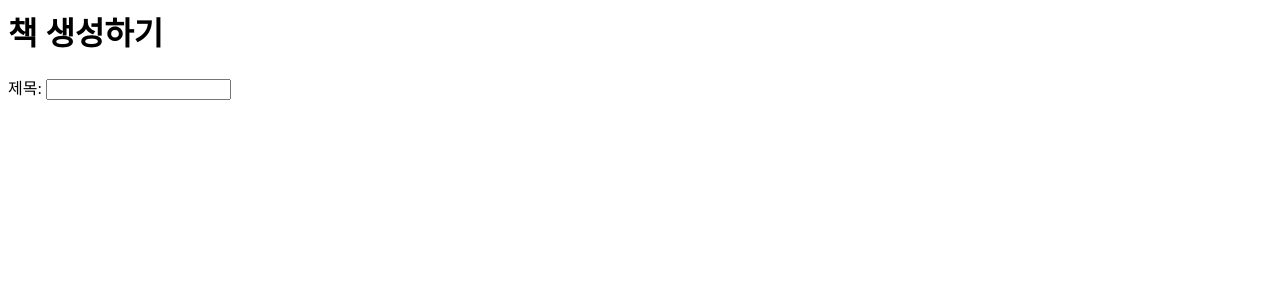
Repository: bexter1999/mySpring
Page: http://localhost/SpringProject/create
The author's editor kept a copy of each file at every save. The page is drawn from the files as they stood at one save, then again after the next save.
The browser window is 1280 px wide. The pictures show the whole page.
The page is served by Tomcat 9. Other server files are loaded and not shown.

Above is the page before, as saved 2022-11-15 01:24:20.

### SpringProject/src/main/webapp/WEB-INF/views/book/create.jsp
<%@ page pageEncoding="UTF-8" contentType="text/html;charset=utf-8"%>
<html>
	<head>
		<title>책 생성하기</title>
	</head>
	<body>
		<h1>책 생성하기</h1>
		<form method="POST">
			<p>제목: <input type="text" name="title"/></p>
		</form>
	</body>
</html>

After the next save:
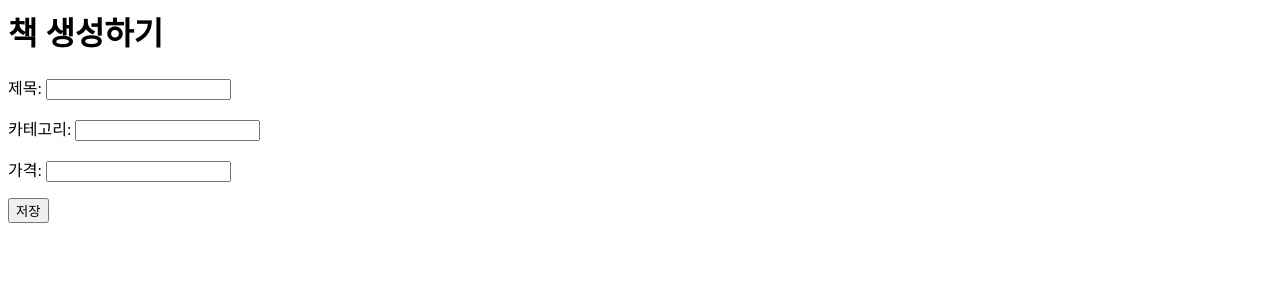
Saved 33 s later.
--- a/SpringProject/src/main/webapp/WEB-INF/views/book/create.jsp
+++ b/SpringProject/src/main/webapp/WEB-INF/views/book/create.jsp
@@ -7,6 +7,9 @@
 		<h1>책 생성하기</h1>
 		<form method="POST">
 			<p>제목: <input type="text" name="title"/></p>
+			<p>카테고리: <input type="text" name="category"/></p>
+			<p>가격: <input type="text" name="price"/></p>
+			<p><input type="submit" value="저장"/></p>
 		</form>
 	</body>
 </html>
